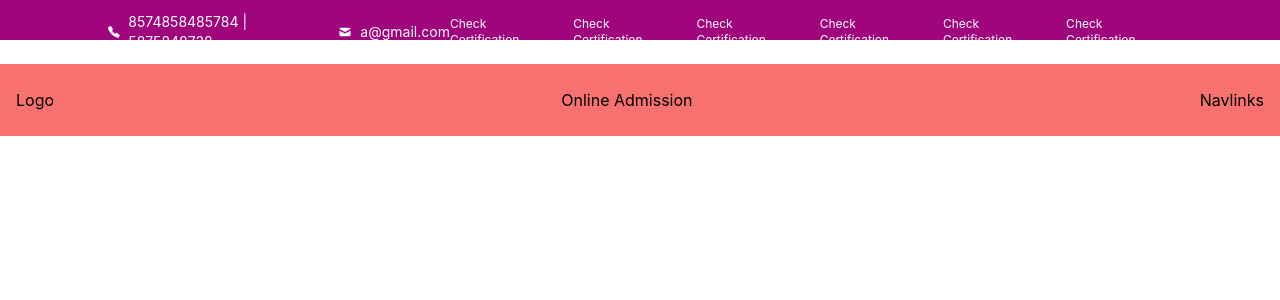
Repository: Sushant203/react-training-
Page: /
An editor plug-in stored every save of this project. The page is shown before and after the next save, followed by the edit.
The browser window is 1280 px wide. The pictures show the whole page.
The project was rebuilt for these pictures with package versions that can differ from the ones it lists, and the page was loaded fresh each time. Also part of the build but not shown: src/App.css, src/components/LowerNav.jsx, src/components/UpperNav.jsx.

Above is the page before, as saved 2022-12-19 09:40:58.

### src/App.js

import './App.css';
import LowerNav from './components/LowerNav';
import UpperNav from './components/UpperNav';
import Layout from './Hoc/Layout/Layout'

function App() {
  return (
    <div>
     <Layout />
    </div>
  );
}

export default App;

### src/Hoc/Layout/Layout.jsx
import React from "react";
import Toolbar from "../../components/Naviagtion/Toolbar/index";

function Layout() {
  return (
    <div>
      {/* toolbar */}
      <Toolbar />
    </div>
  );
}

export default Layout;

### src/components/Naviagtion/Toolbar/index.jsx
import React from "react";
import Header from "./header";
import Secondary from "./Secondary";

function Index() {
  return (
    <div className="h-10 bg-mainColor w-screen">
      <Header />
      <Secondary />
    </div>
  );
}

export default Index;

### src/components/Naviagtion/Toolbar/header.jsx
import React from "react";
import { IoCallSharp } from "react-icons/io5";
import { HiMail } from "react-icons/hi";
function Header() {
  const NavLinks = [
    { title: "check certificate" },
    { title: "check certificate" },
    { title: "check certificate" },
    { title: "check certificate" },
    { title: "check certificate" },
    { title: "check certificate" },
  ];
  return (
    <div className="py-3  w-10/12 mx-auto flex items-center justify-between text-sm">
      {/* number and email */}
      <div className="flex gap-2  text-white">
        <div className="flex gap-2  items-center">
          <IoCallSharp />
          8574858485784 | 5875848738
        </div>
        <div className=" flex gap-2 items-center">
          <HiMail />
          a@gmail.com
        </div>
      </div>
      {/* navigation links */}
      <div className="text-white flex gap-4 text-xs ">
        {NavLinks.map((val, i) => {
          return (
            <div key={i} className="capitalize ">
              check certification
            </div>
          );
        })}
      </div>
    </div>
  );
}

export default Header;

### src/components/Naviagtion/Toolbar/Secondary.jsx
import React from "react";

function Secondary() {
  return (
    <div className="flex justify-between px-4 w-full py-6 bg-red-400">
      <div>Logo</div>
      <div>Online Admission</div>
      <div>Navlinks</div>
    </div>
  );
}

export default Secondary;

### tailwind.config.js
/** @type {import('tailwindcss').Config} */
module.exports = {
  content: [
    "./src/**/*.{js,jsx,ts,tsx}",
  ],
  theme: {
    extend: {
      colors:{
        mainColor:'#A0047D'
      }
    },
  },
  plugins: [],
}

Loaded but not shown: public/index.html (common file); src/index.js (common file); src/index.css (common file); src/reportWebVitals.js (common file)

After the next save:
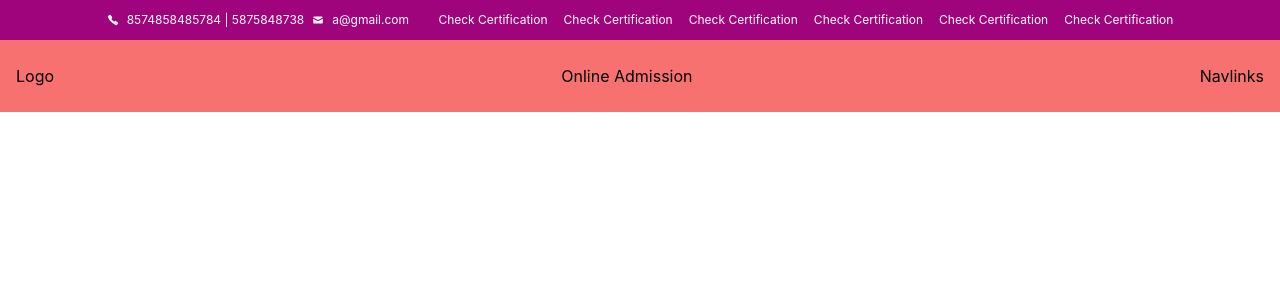
Saved 19 s later.
--- a/src/components/Naviagtion/Toolbar/header.jsx
+++ b/src/components/Naviagtion/Toolbar/header.jsx
@@ -11,7 +11,7 @@ function Header() {
     { title: "check certificate" },
   ];
   return (
-    <div className="py-3  w-10/12 mx-auto flex items-center justify-between text-sm">
+    <div className="py-3  w-10/12 mx-auto flex items-center justify-between text-xs">
       {/* number and email */}
       <div className="flex gap-2  text-white">
         <div className="flex gap-2  items-center">
